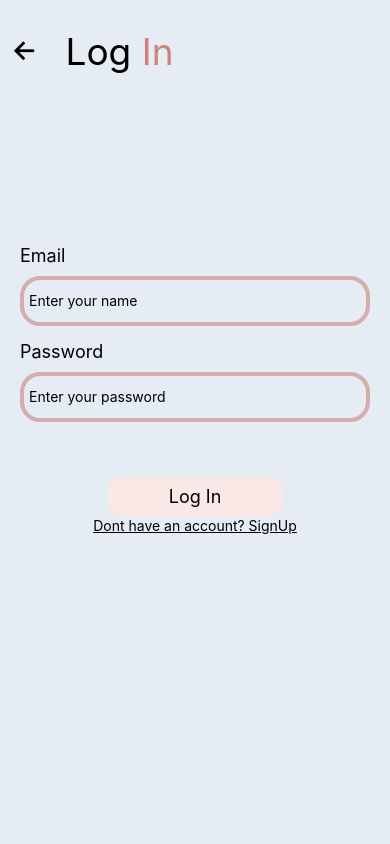
Repository: kgayathridevi/pregband
Screen: /
An editor plug-in stored every save of this project. The screen is shown before and after the next save, followed by the edit.
The app was drawn by React Native's web renderer in a window 390 px wide. The project was rebuilt for these pictures with package versions that can differ from the ones it lists, and the page was loaded fresh each time. Also part of the build but not shown: component/SignUpScreen.jsx, component/Home.jsx.

Above is the screen before, as saved 2023-04-30 07:18:01.

### App.js
import { NavigationContainer } from "@react-navigation/native";
import { createNativeStackNavigator } from "@react-navigation/native-stack";
import { StatusBar } from "expo-status-bar";
import { StyleSheet, Text, View } from "react-native";
import SignUpScreen from "./component/SignUpScreen";
import LogInScreen from "./component/LogInScreen";
import Home from "./component/Home";

const Stack = createNativeStackNavigator();
export default function App() {
  return (
    <NavigationContainer>
      <Stack.Navigator initialRouteName="Log">
        <Stack.Screen
          options={{ headerShown: false }}
          name="Log"
          component={LogInScreen}
        />
        <Stack.Screen
          options={{ headerShown: false }}
          name="Sign"
          component={SignUpScreen}
        />
        <Stack.Screen name="Home" component={Home} />
      </Stack.Navigator>
    </NavigationContainer>
  );
}

const styles = StyleSheet.create({
  // container: {
  //   flex: 1,
  //   backgroundColor: '#fff',
  //   alignItems: 'center',
  //   justifyContent: 'center',
  // },
});

### component/LogInScreen.jsx
import {
  Button,
  StyleSheet,
  Text,
  TextInput,
  TouchableOpacity,
  View,
} from "react-native";
import React from "react";
import { SafeAreaView } from "react-native-safe-area-context";
import Ionicons from "@expo/vector-icons/Ionicons";

const LogInScreen = ({ navigation }) => {
  return (
    <SafeAreaView style={styles.container}>
      <View style={styles.headerContainer}>
        <View style={styles.btnCont}>
          {/* <Text>back</Text> */}
          <Ionicons name="arrow-back" color="black" size={30} />
        </View>
        <View style={styles.titleContain}>
          <Text style={styles.textC}>Log</Text>
          <Text style={[styles.textC, styles.textC2]}> In</Text>
        </View>
      </View>
      <View style={styles.mainContainer}>
        <View style={styles.inputContainer}>
          <Text style={{ fontSize: 18 }}>Email</Text>
          <TextInput style={styles.textInp} placeholder="Enter your name" />

          <Text style={{ fontSize: 18, marginTop: 15 }}>Password</Text>
          <TextInput style={styles.textInp} placeholder="Enter your password" />

          <View style={{ marginTop: 55, alignItems: "center" }}>
            <TouchableOpacity
              style={styles.logBtn}
              onPress={() => navigation.navigate("Home")}
            >
              <Text style={{ fontSize: 18 }}>Log In</Text>
            </TouchableOpacity>
            <TouchableOpacity onPress={() => navigation.navigate("Sign")}>
              <Text style={{ textDecorationLine: "underline" }}>
                Dont have an account? SignUp
              </Text>
            </TouchableOpacity>
          </View>
        </View>
        <View></View>
      </View>
    </SafeAreaView>
  );
};

export default LogInScreen;

const styles = StyleSheet.create({
  container: {
    // borderWidth: 2,
    height: "100%",
    backgroundColor: "#E5ECF3",
    padding: 10,
  },
  headerContainer: {
    // borderWidth: 2,
    height: "10%",
    flexDirection: "row",
    justifyContent: "space-between",
  },
  titleContain: {
    // borderWidth: 2,
    flexDirection: "row",
    width: "85%",
    alignItems: "center",
  },
  btnCont: {
    justifyContent: "center",
    // borderWidth: 2,
  },
  textC: {
    fontSize: 37,
  },
  textC2: {
    color: "#D37F7D",
  },

  mainContainer: {
    // borderWidth: 2,
    height: "90%",
    borderColor: "red",
  },
  inputContainer: {
    // borderWidth: 2,
    height: "80%",
    justifyContent: "center",
    padding: 10,
  },
  textInp: {
    borderWidth: 4,
    borderColor: "#D4ADAC",
    borderRadius: 20,
    height: 50,
    paddingHorizontal: 5,
    marginTop: 10,
  },
  logBtn: {
    backgroundColor: "#F9E8E6",
    height: 40,
    alignItems: "center",
    justifyContent: "center",
    width: "50%",
    borderRadius: 15,
  },
});

After the next save:
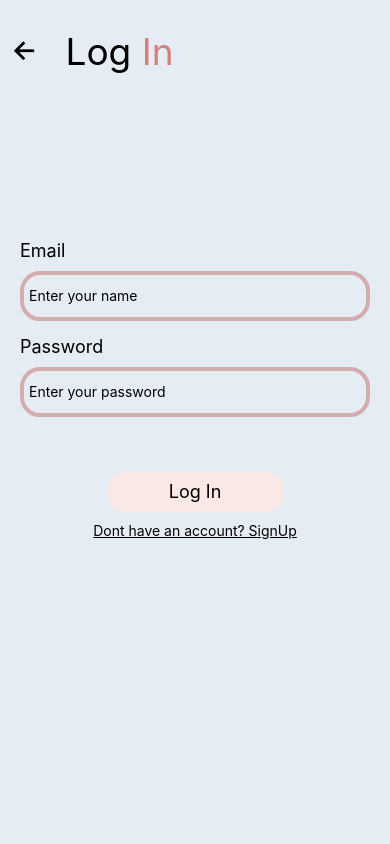
Saved 109 s later.
--- a/component/LogInScreen.jsx
+++ b/component/LogInScreen.jsx
@@ -39,7 +39,7 @@ const LogInScreen = ({ navigation }) => {
               <Text style={{ fontSize: 18 }}>Log In</Text>
             </TouchableOpacity>
             <TouchableOpacity onPress={() => navigation.navigate("Sign")}>
-              <Text style={{ textDecorationLine: "underline" }}>
+              <Text style={{ textDecorationLine: "underline", marginTop: 10 }}>
                 Dont have an account? SignUp
               </Text>
             </TouchableOpacity>
